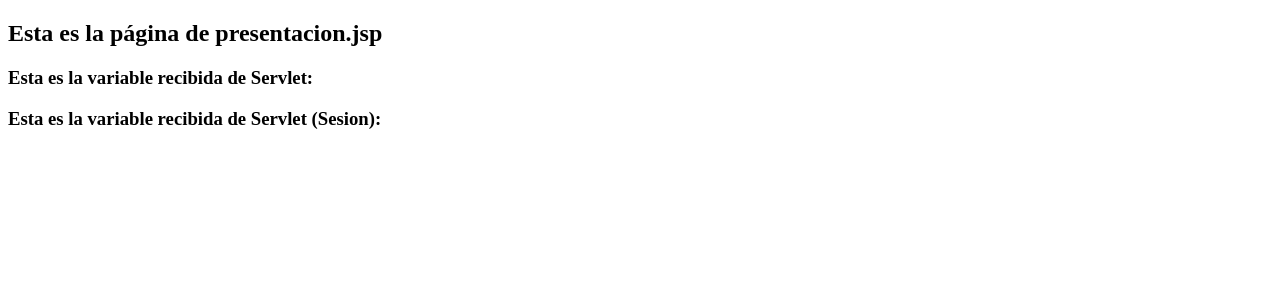
Repository: borispacex/javaee-projects
Page: http://localhost/Java_Web/presentacion.jsp
An editor plug-in stored every save of this project. The page is shown before and after the next save, followed by the edit.
The browser window is 1280 px wide. The pictures show the whole page.
The page is served by Tomcat 9. The template is opened directly, without the code that normally fills it, so the values that code supplies are empty.

Above is the page before, as saved 2023-05-08 18:37:15.

After the next save:
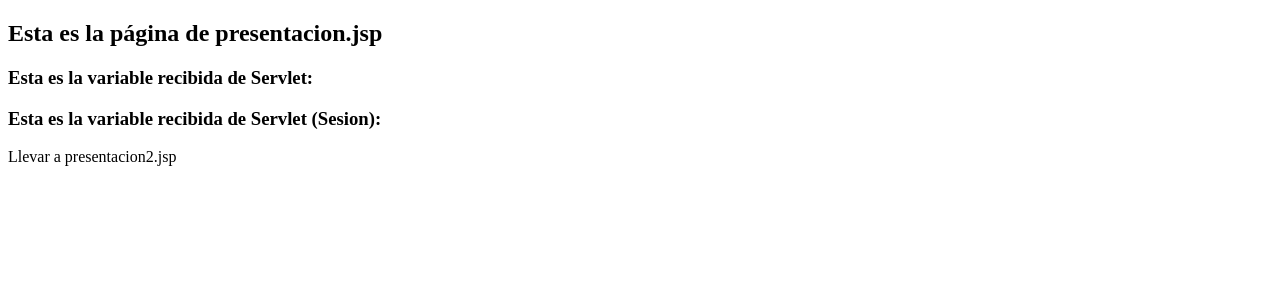
Saved 34 s later.
--- a/Java_Web/WebContent/presentacion.jsp
+++ b/Java_Web/WebContent/presentacion.jsp
@@ -11,5 +11,7 @@
 
 	<h3>Esta es la variable recibida de Servlet: ${name1}</h3>
 	<h3>Esta es la variable recibida de Servlet (Sesion): ${name2}</h3>
+
+	<a hre="presentacion2.jsp">Llevar a presentacion2.jsp</a>
 </body>
 </html>
